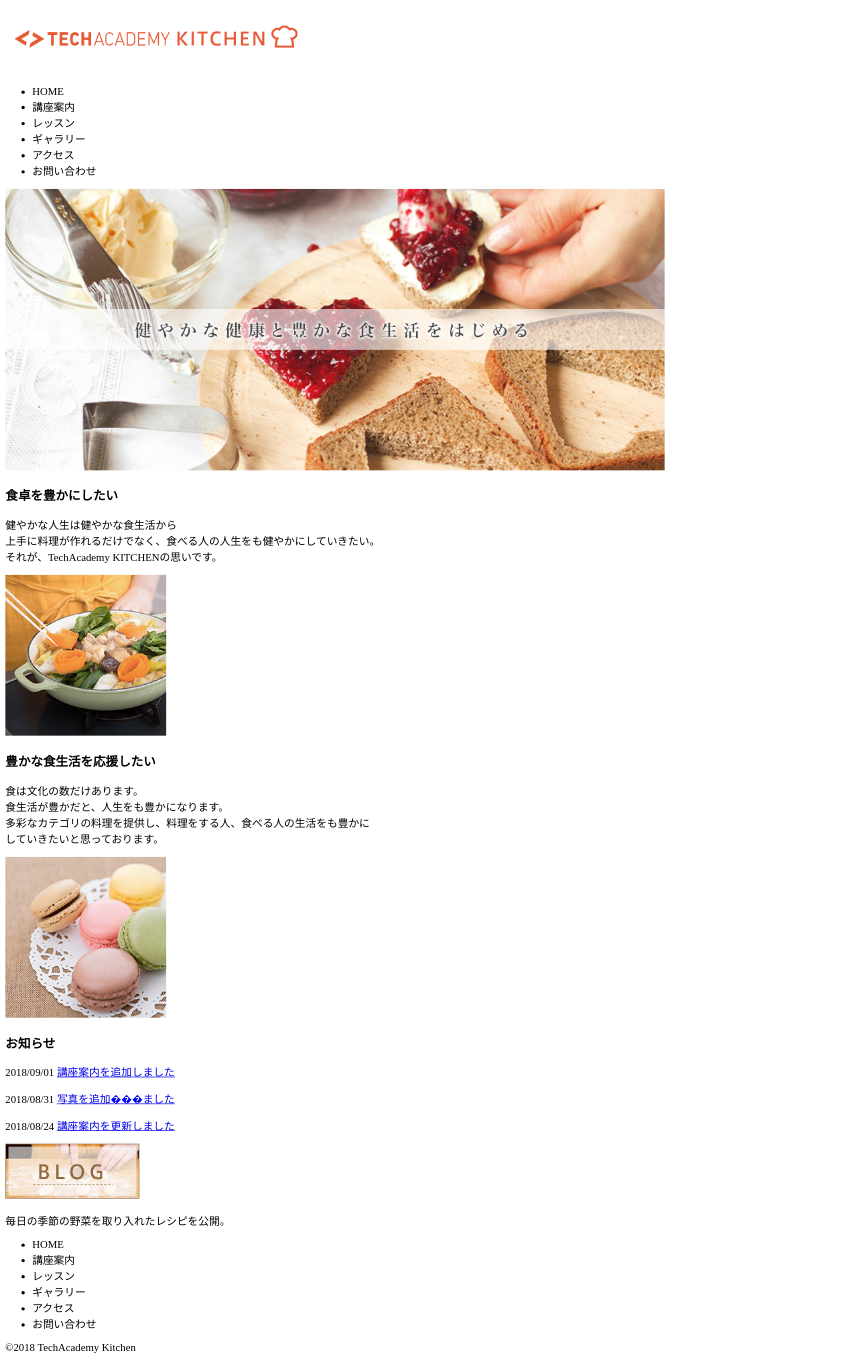
Repository: niwabarubossa/microposts
Page: kitchen.html
The author's editor kept a record of every edit. The page is drawn from the files as they stood at one moment, then again after the next edit.
The browser window is 1280 px wide. The pictures show the whole page, at 67% of full size.

Above is the page before.

After the next edit:
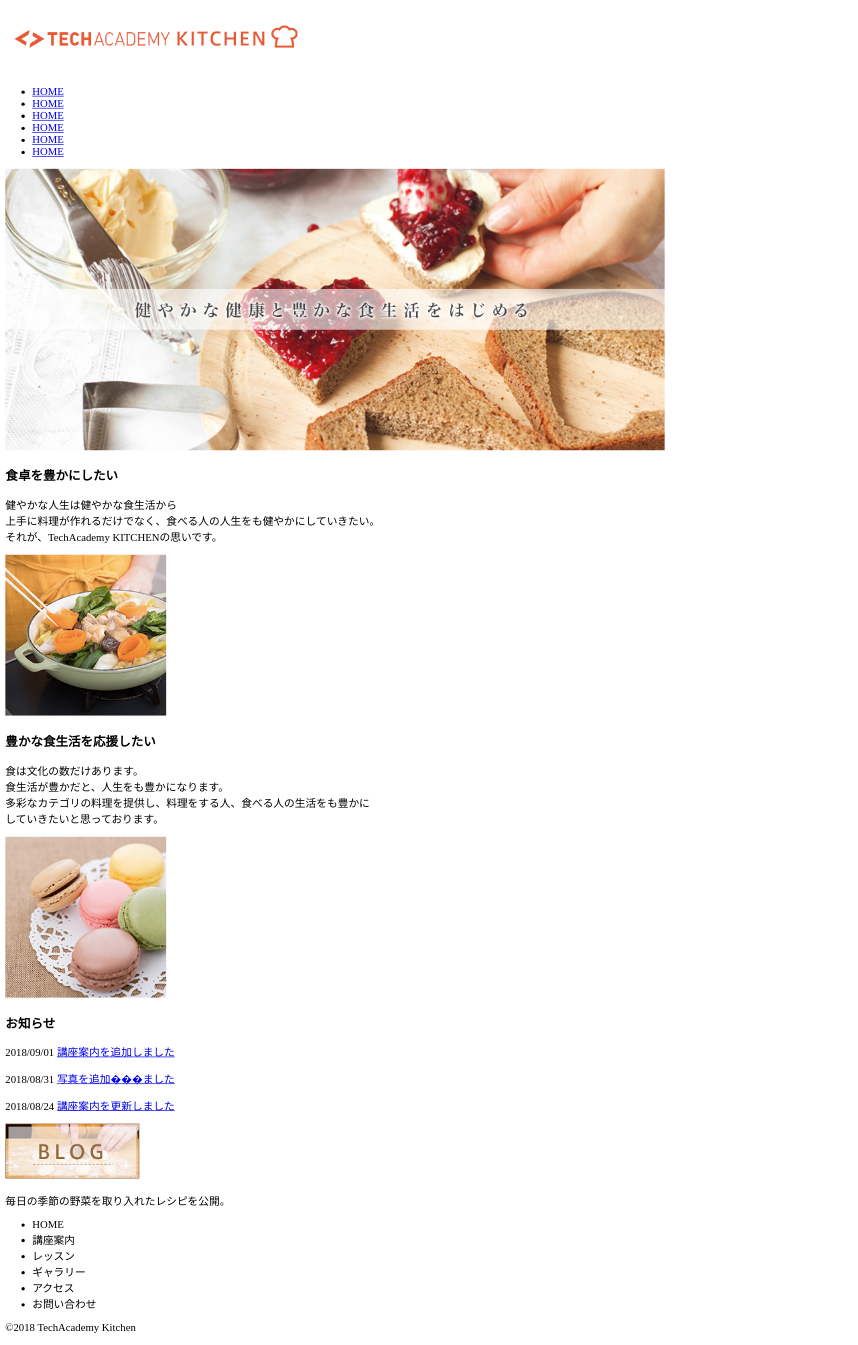
The edit:
--- a/kitchen.html
+++ b/kitchen.html
@@ -10,12 +10,12 @@
             <img src="images_kitchen/logo.png" alt="TechAcademy KITCHEN">
             <nav class="global-nav">
                 <ul class="global-menu">
-                    <li>HOME</li>
-                    <li>講座案内</li>
-                    <li>レッスン</li>
-                    <li>ギャラリー</li>
-                    <li>アクセス</li>
-                    <li>お問い合わせ</li>
+                    <li><a href="#">HOME</a></li>
+                    <li><a href="#">HOME</a></li>
+                    <li><a href="#">HOME</a></li>
+                    <li><a href="#">HOME</a></li>
+                    <li><a href="#">HOME</a></li>
+                    <li><a href="#">HOME</a></li>
                 </ul>
             </nav>
         </header>

After the edit that followed:
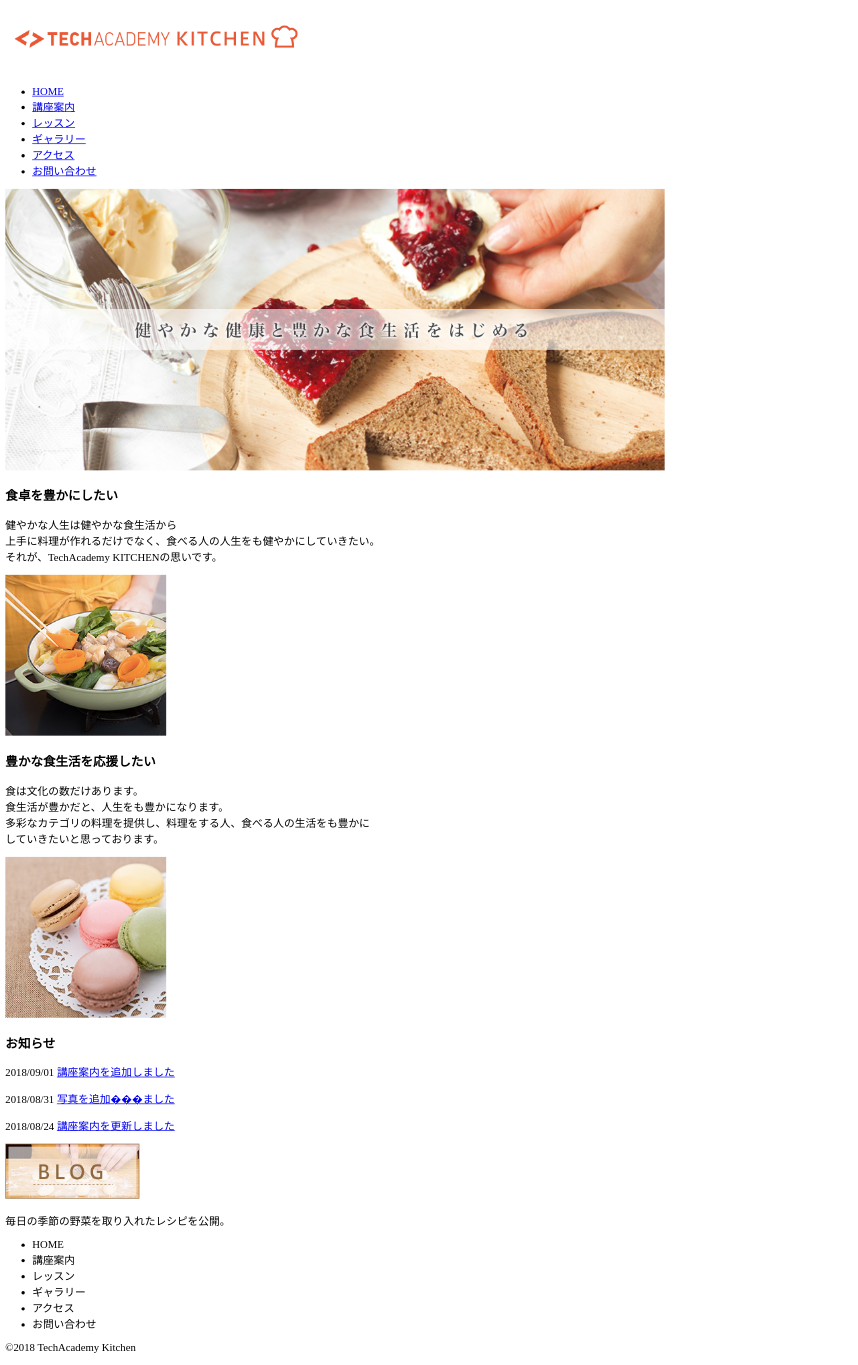
The edit:
--- a/kitchen.html
+++ b/kitchen.html
@@ -11,11 +11,11 @@
             <nav class="global-nav">
                 <ul class="global-menu">
                     <li><a href="#">HOME</a></li>
-                    <li><a href="#">HOME</a></li>
-                    <li><a href="#">HOME</a></li>
-                    <li><a href="#">HOME</a></li>
-                    <li><a href="#">HOME</a></li>
-                    <li><a href="#">HOME</a></li>
+                    <li><a href="#">講座案内</a></li>
+                    <li><a href="#">レッスン</a></li>
+                    <li><a href="#">ギャラリー</a></li>
+                    <li><a href="#">アクセス</a></li>
+                    <li><a href="#">お問い合わせ</a></li>
                 </ul>
             </nav>
         </header>
